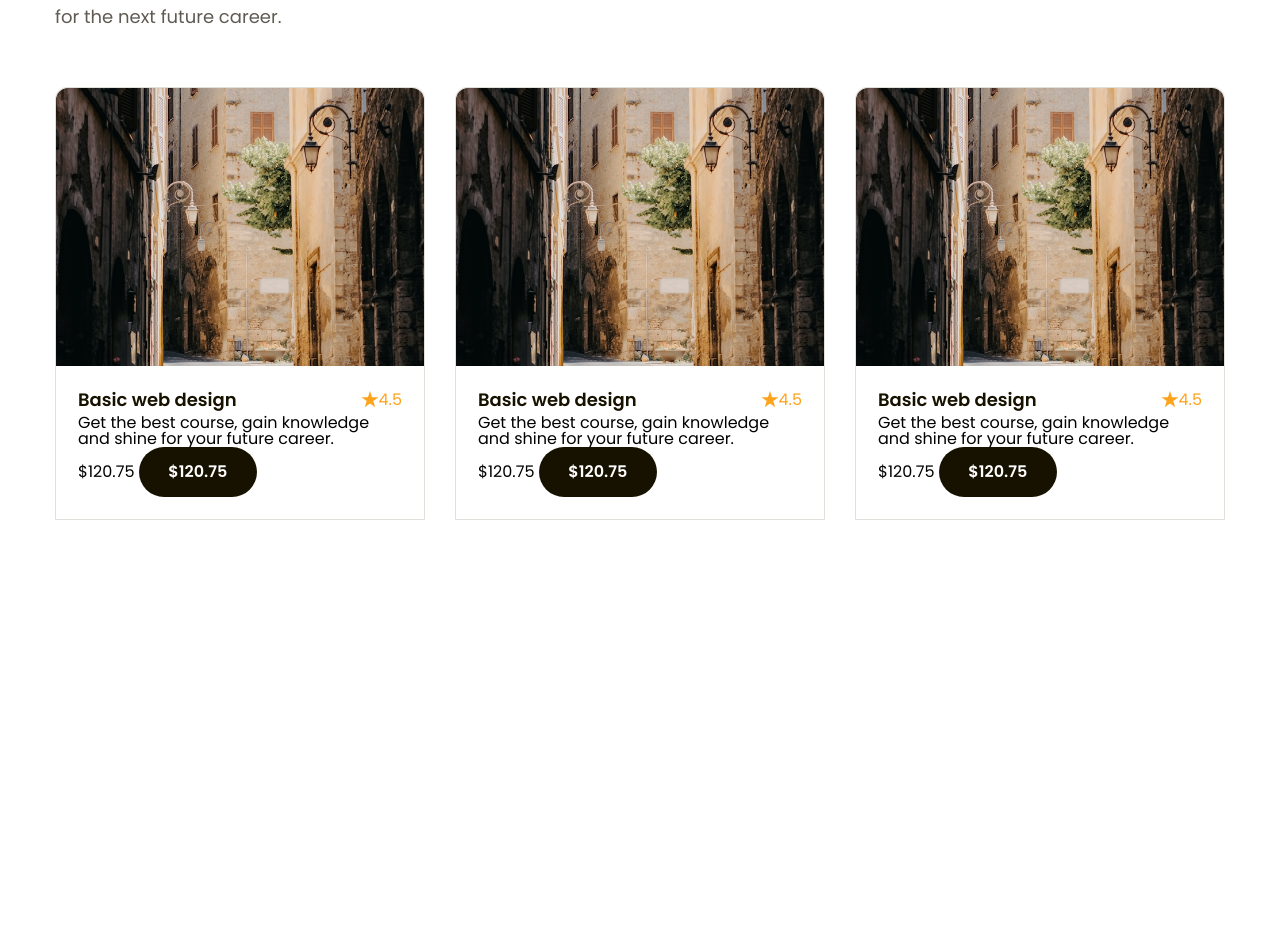
Repository: empty24062002/f8-htmlcss-02-pratice
Page: index.html
An editor plug-in stored every save of this project. The page is shown before and after the next save, followed by the edit.
The browser window is 1280 px wide. The pictures show the part of the page from y = 1164 to 2116 px (the page is 5187 px tall).
A picture or video elsewhere on the page could not be fetched, so the positions and the page height are approximate.

Above is the page before, as saved 2023-07-19 08:08:44.

After the next save:
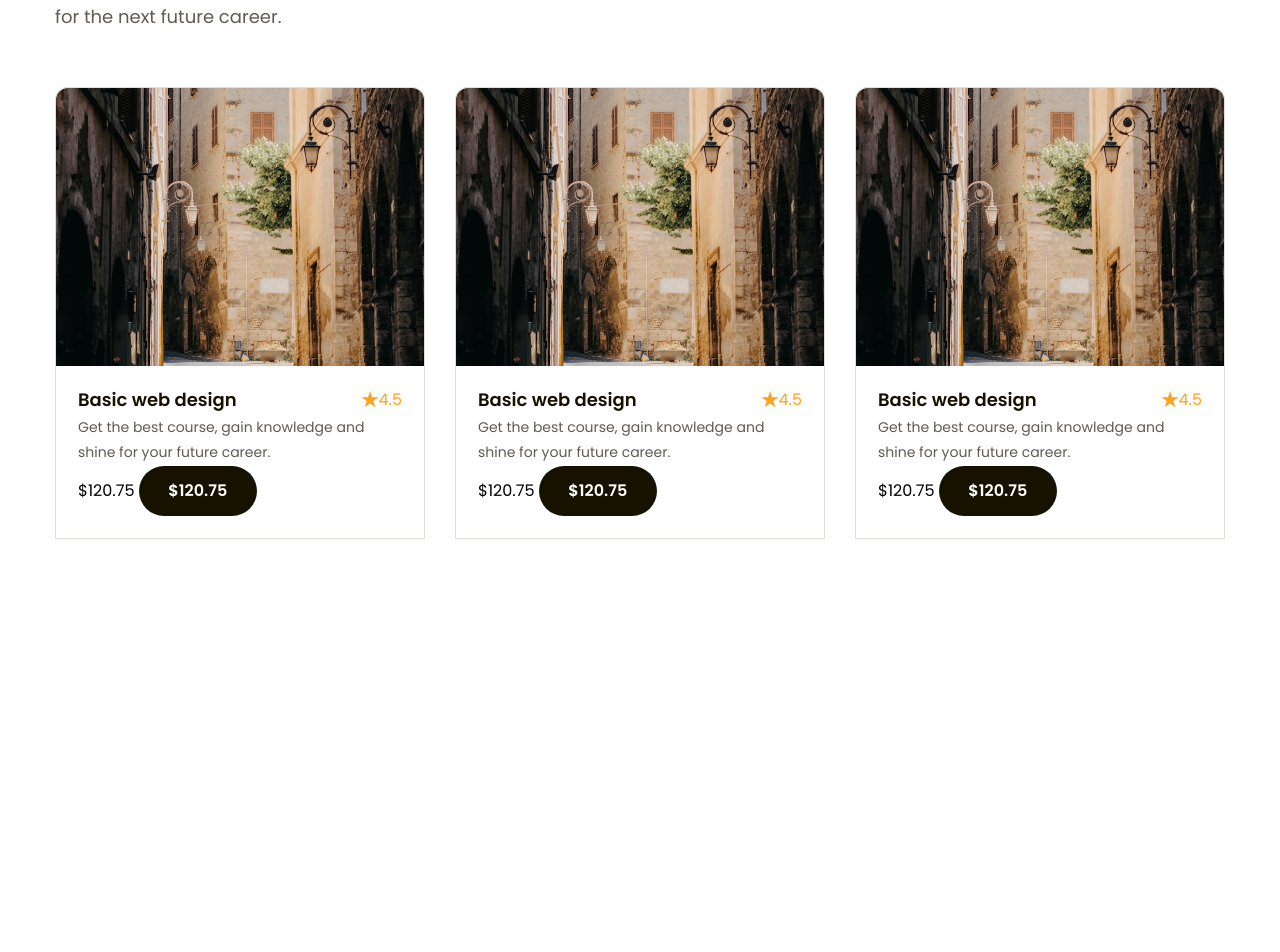
Saved 42 s later.
--- a/assets/css/styles.css
+++ b/assets/css/styles.css
@@ -363,3 +363,10 @@
     font-size: 1.6rem;
     font-weight: 400;
 }
+
+.popular .course-item .desc {
+    color: #5f5b53;
+    font-size: 1.4rem;
+    font-weight: 400;
+    line-height: 1.85; /* 185.714% */
+}
